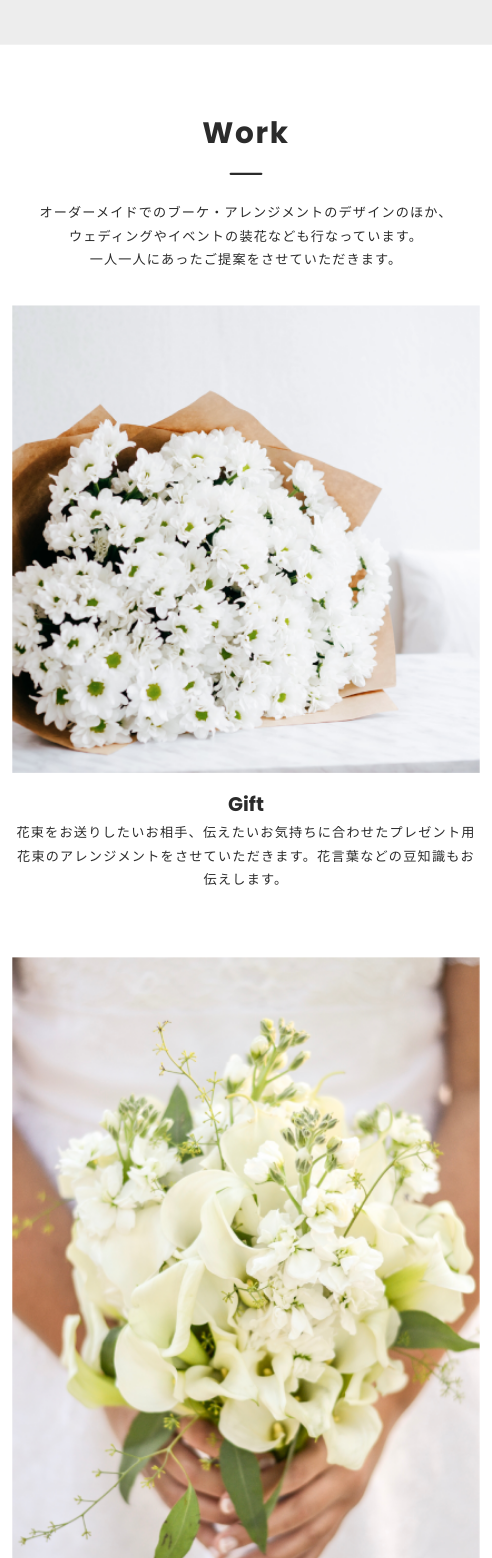
Repository: kami8ma8810/Portfolio-Findjob
Page: public/2019/Shiro/index.html
An editor plug-in stored every save of this project. The page is shown before and after the next save, followed by the edit.
The browser window is 600 px wide. The pictures show the part of the page from y = 1392 to 3292 px (the page is 9023 px tall), at 82% of full size.
Some web libraries are served in a nearby version.

Above is the page before, as saved 2019-06-22 11:28:54.

After the next save:
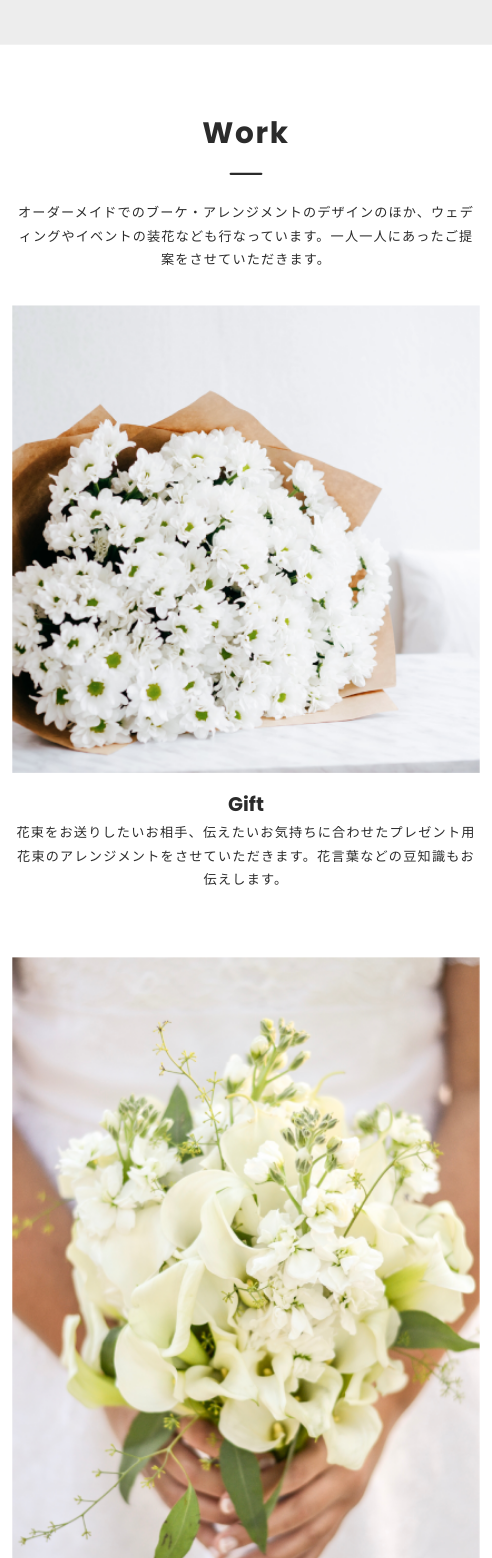
Saved 1 s later.
--- a/public/2019/Shiro/responsive.css
+++ b/public/2019/Shiro/responsive.css
@@ -58,7 +58,7 @@
 }
 
 #work br {
-  display: nonel
+  display: none;
 }
   .florist {
     height: auto;
